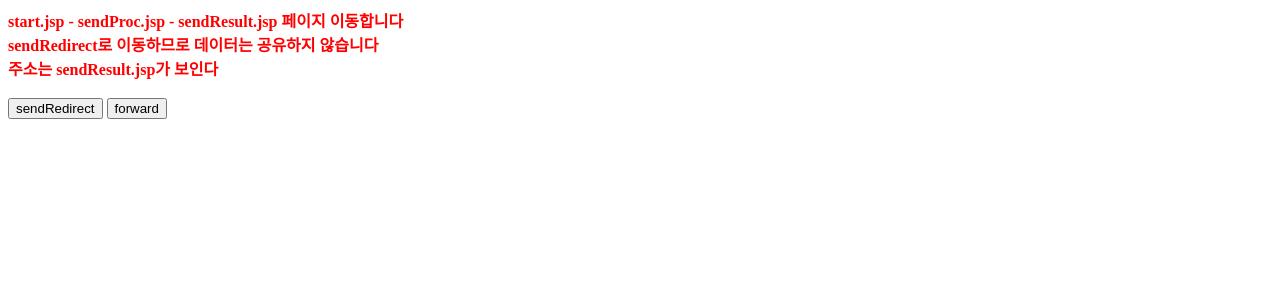
Repository: dahye1013/java-basic-learning
Page: http://localhost/memberJSP/exam/start.jsp
These files come from the project's save history. The page is drawn as it stood at one moment and after the next save; the edit follows.
The browser window is 1280 px wide. The pictures show the whole page.
The page is served by Tomcat 9. Other server files are loaded and not shown.

Above is the page before, as saved 2020-06-09 02:42:58.

### memberJSP/WebContent/exam/start.jsp
<%@ page language="java" contentType="text/html; charset=EUC-KR"
    pageEncoding="EUC-KR"%>
<!DOCTYPE html>
<html>
<head>
<meta charset="EUC-KR">

<title>Insert title here</title>
</head>
<body>
<font color="red"><b>
start.jsp - sendProc.jsp - sendResult.jsp 페이지 이동합니다<br>
sendRedirect로 이동하므로 데이터는 공유하지 않습니다<br>
주소는 sendResult.jsp가 보인다<br>
</b></font>
<br>

<input type="button" value="sendRedirect" onclick="location.href='sendProc.jsp'">
 <input type="button" value="forward" onclick="location.href='forwardProc.jsp'">

</body>
</html>

After the next save:
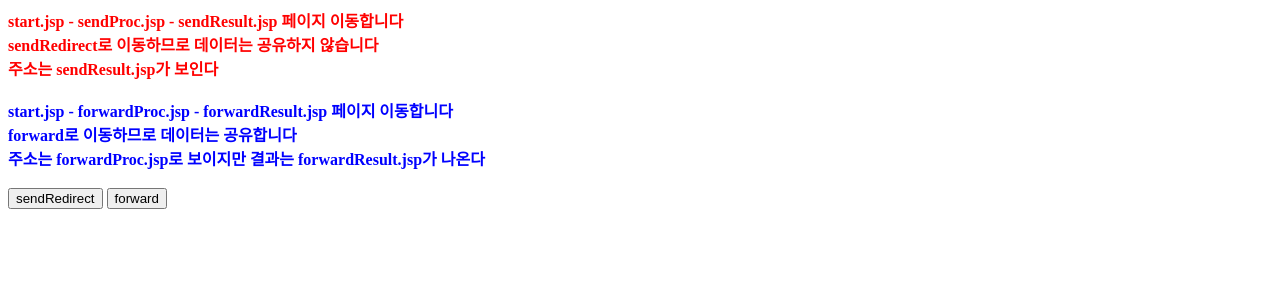
Saved 76 s later.
--- a/memberJSP/WebContent/exam/start.jsp
+++ b/memberJSP/WebContent/exam/start.jsp
@@ -14,6 +14,12 @@
 주소는 sendResult.jsp가 보인다<br>
 </b></font>
 <br>
+<font color="blue"><b>
+start.jsp - forwardProc.jsp - forwardResult.jsp 페이지 이동합니다<br>
+forward로 이동하므로 데이터는 공유합니다<br>
+주소는 forwardProc.jsp로 보이지만 결과는 forwardResult.jsp가 나온다<br>
+</b></font>
+<br>
 
 <input type="button" value="sendRedirect" onclick="location.href='sendProc.jsp'">
  <input type="button" value="forward" onclick="location.href='forwardProc.jsp'">
